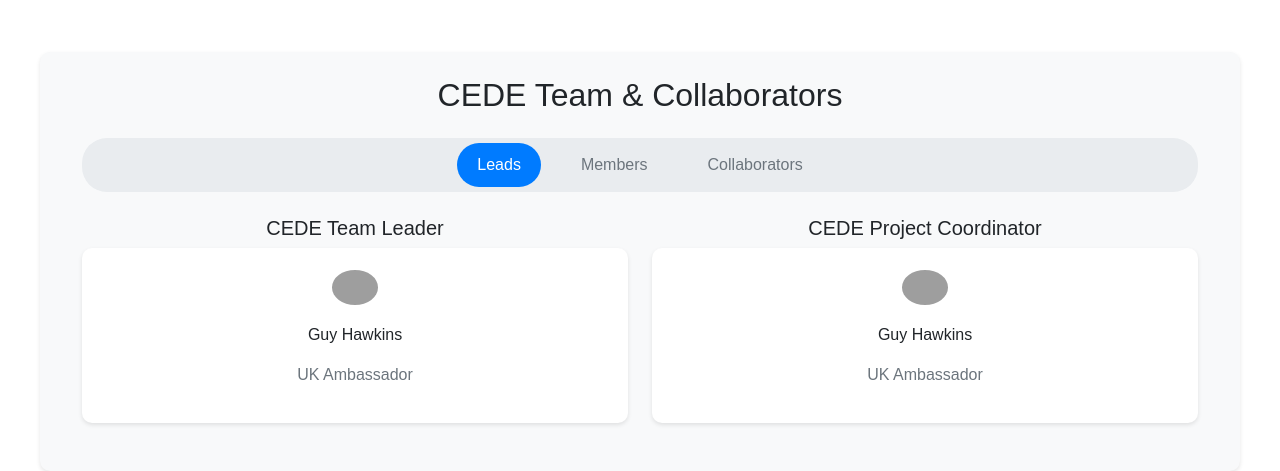
Repository: devashrisamani/CEDE-Website
Page: website/index.html
The author's editor kept a copy of each file at every save. The page is drawn from the files as they stood at one save, then again after the next save.
The browser window is 1280 px wide. The pictures show the part of the page from y = 2597 to 3068 px (the page is 3068 px tall).
Pictures or frames that could not be fetched are drawn as grey boxes. A picture or video elsewhere on the page could not be fetched, so the positions and the page height are approximate.

Above is the page before, as saved 2024-06-19 16:33:03.
Console error: TypeError: Cannot read properties of null (reading 'addEventListener')

After the next save:
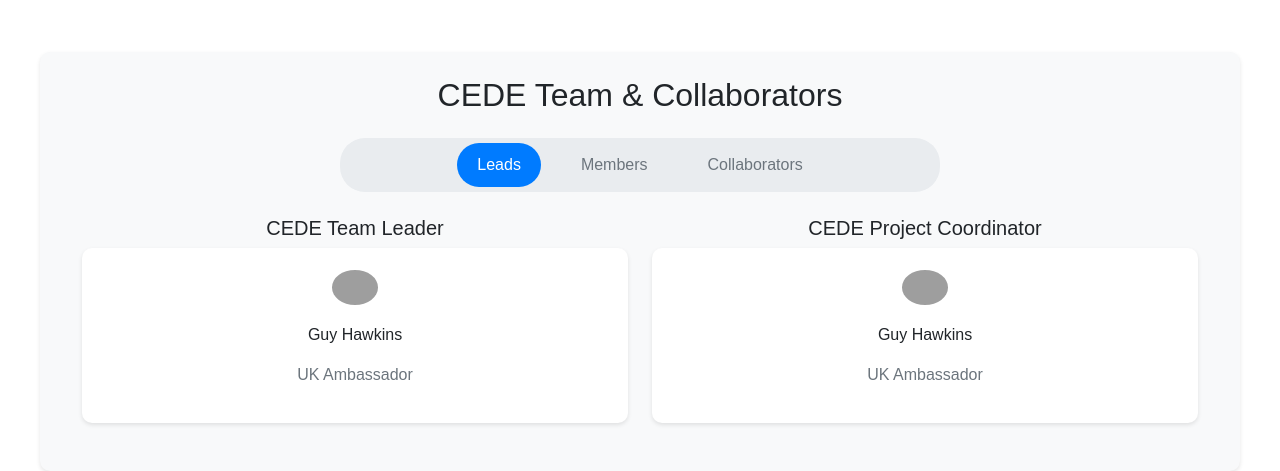
Saved 8 min 16 s later.
--- a/website/styles.css
+++ b/website/styles.css
@@ -105,6 +105,8 @@ header p {
   background-color: #e9ecef; /* Light grey background for the toggle container */
   border-radius: 25px;
   padding: 5px;
+  max-width: 600px; /* Adjust this value to control the length */
+  margin: 0 auto; /* Center the toggle buttons container */
 }
 
 .btn-toggle {
